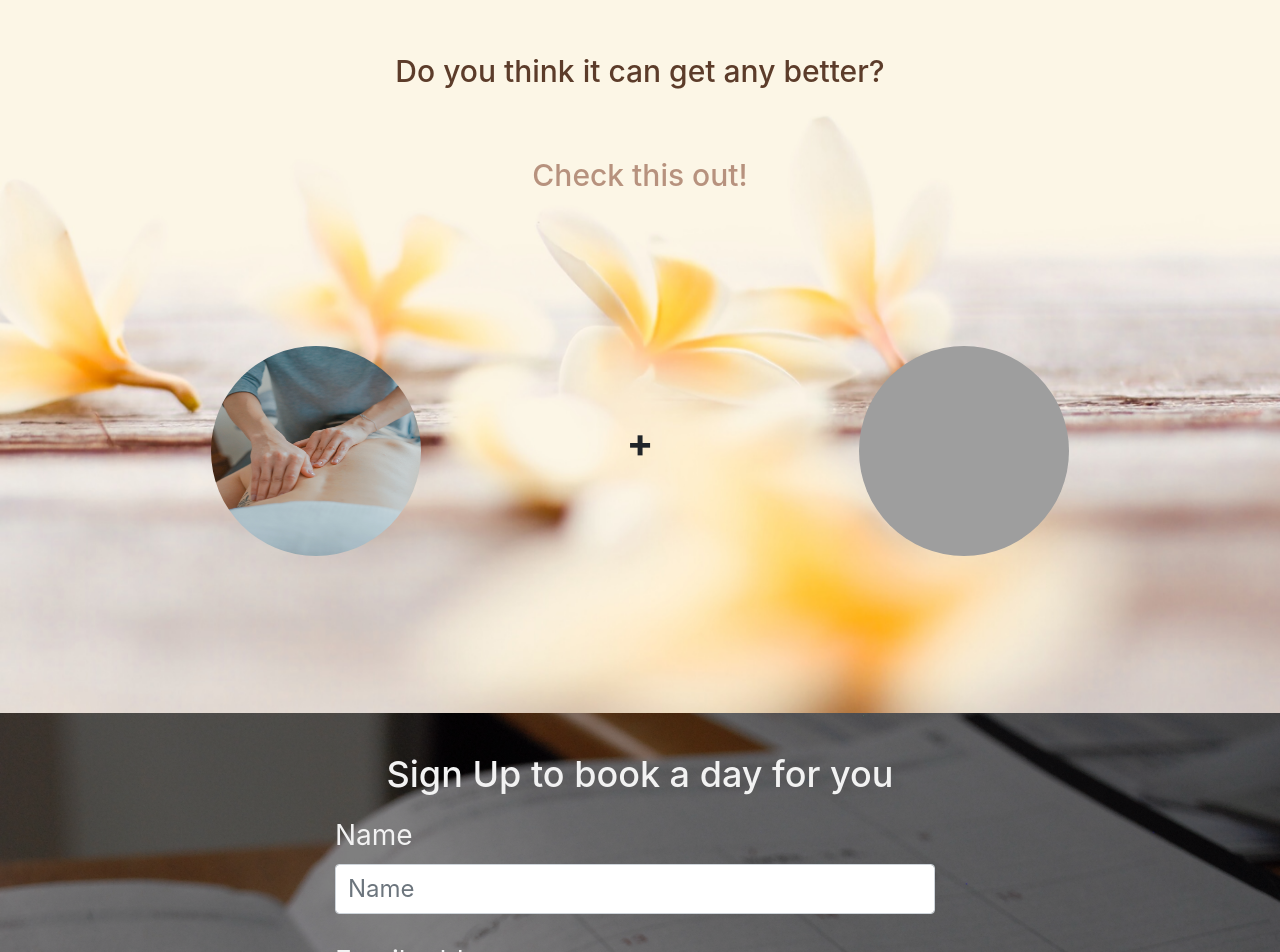
Repository: Code-Institute-Submissions/spa-website
Page: index.html
The author's editor kept a record of every edit. The page is drawn from the files as they stood at one moment, then again after the next edit.
The browser window is 1280 px wide. The pictures show the part of the page from y = 3158 to 4110 px (the page is 4728 px tall).
Pictures or frames that could not be fetched are drawn as grey boxes. Backgrounds fixed to the window are drawn as part of the page. Some web libraries are served in a nearby version.

Above is the page before.

### index.html
<!DOCTYPE html>
<html lang="en">

<head>
  <meta charset="UTF-8">
  <meta name="viewport" content="width=device-width, initial-scale=1.0">
  <meta http-equiv="X-UA-Compatible" content="ie=edge">
  <link rel="stylesheet" href="https://use.fontawesome.com/releases/v5.1.1/css/all.css" integrity="sha384-O8whS3fhG2OnA5Kas0Y9l3cfpmYjapjI0E4theH4iuMD+pLhbf6JI0jIMfYcK3yZ" crossorigin="anonymous">
  <link href="https://fonts.googleapis.com/css?family=Nobile" rel="stylesheet">
  <link rel="stylesheet" href="assets/css/style.css" type="text/css" />
  <link rel="stylesheet" href="https://stackpath.bootstrapcdn.com/bootstrap/4.3.1/css/bootstrap.min.css" integrity="sha384-ggOyR0iXCbMQv3Xipma34MD+dH/1fQ784/j6cY/iJTQUOhcWr7x9JvoRxT2MZw1T" crossorigin="anonymous">
  <title>Spa Website</title>
</head>

<body>


  <!--------------------------Navigation Section---------------------------->

  <nav class="navbar navbar-expand-lg navbar-light fixed-top">
    <div class="container">
      <div>
        <ul class="navbar-nav ml-auto toptitle">
          <li class="nav-item">
            <a class="navbar-brand" href="#home">Unwind</a>
          </li>
        </ul>
      </div>
      <button class="navbar-toggler" type="button" data-toggle="collapse" data-target="#navbarcontent" aria-controls="navbarcontent" aria-expanded="false" aria-label="Toggle navigation">
            <span class="navbar-toggler-icon"></span>
        </button>

      <div class="collapse navbar-collapse" id="navbarcontent">
        <ul class="navbar-nav ml-auto">
          <li class="nav-item active">
            <a class="nav-link" href="#">Home
                        <span class="sr-only">(current)</span>
                    </a>
          </li>
          <li class="nav-item">
            <a class="nav-link" href="#about">About</a>
          </li>
          <li class="nav-item">
            <a class="nav-link" href="#massage">Massage</a>
          </li>
          <li class="nav-item">
            <a class="nav-link" href="#bathing">Bathing</a>
          </li>
          <li class="nav-item">
            <a class="nav-link" href="#offer">Offer</a>
          </li>
        </ul>
      </div>
    </div>
  </nav>

  <!-------------------------------Landing Page------------------------------>

  <div class="home-area" id="home">
    <div class="container-fluid">
      <div class="row">
        <div class="col-md-12">
          <div class="home-text">
            <h1 id="titlepg">Take time for yourself</h1>
          </div>
          <div class="button">
            <button type="button" class="btn-btn-primary btn-lg" id="buttonpg">Book Now</button>
          </div>
        </div>
      </div>
    </div>
  </div>


  <!--------------------------------About us--------------------------------->

  <section id="about-us" class="about-us">
    <div id="container-fluid">
      <div class="row no-gutters">
        <div class="col-12 col-md-6 d-flex align-items-center order-1 order-md-0">
          <div class="abouttxt">
            <h2 class="important">About us</h2>
            <div class="description">
              <p>Our Amazing Spa is on the Market for 13 years, located in the heart of Dublin City Center for easy access.</p>
              <p>We're always updating ourselves to provide the best treatments available for you to have your deserved time to relax!</p>
              <div class="details">
                <p>Opening Times</p>
                <p>Mon-Sat 9am-7pm</p>
                <p>Location</p>
                <p>98,Claredon Street,Dublin 2</p>
              </div>
            </div>
          </div>
        </div>
        <div class="col-12 col-md-6 order-0 order-md-1" id="about">
        </div>
      </div>
    </div>

  </section>




  <!------------------------------------Massage-------------------------------->

  <section id="massage" class="massage">
    <div class="container-fluid">
      <div class="row">
        <div class="col-12 col-md-6 order-0 order-md-2" id="cover">
        </div>
        <div class="col-12 col-md-6 d-flex align-items-center order-3">
          <div id="masstop">
            <h2 class="titlemass">Massage</h2>
            <div id="secondline">
              <p>Choose what suits you by type and intensity</p>
            </div>
            <div class="containerlist">
              <div class="row">
                <div class="col-12 col-md-6">
                  Trigger point
                </div>
                <div class="col-12 col-md-6" id="bar">
                  <div class="progress">
                    <div class="progress-bar-low" role="progressbar" style="width: 25%" aria-valuenow="10" aria-valuemin="0" aria-valuemax="100">low</div>
                  </div>
                </div>
              </div>

              <div class="row">
                <div class="col-12 col-md-6">
                  Swedish
                </div>
                <div class="col-12 col-md-6" id="bar1">
                  <div class="progress">
                    <div class="progress-bar-medium" role="progressbar" style="width: 50%" aria-valuenow="10" aria-valuemin="0" aria-valuemax="100">medium</div>
                  </div>
                </div>
              </div>


              <div class="row">
                <div class="col-12 col-md-6">
                  Deep Tissue
                </div>
                <div class="col-12 col-md-6" id="bar2">
                  <div class="progress">
                    <div class="progress-bar-high" role="progressbar" style="width: 100%" aria-valuenow="10" aria-valuemin="0" aria-valuemax="100">high</div>
                  </div>
                </div>
              </div>

              <div class="row">
                <div class="col-12 col-md-6">
                  Hot Stone
                </div>
                <div class="col-12 col-md-6" id="bar3">
                  <div class="progress">
                    <div class="progress-bar-high" role="progressbar" style="width: 100%" aria-valuenow="10" aria-valuemin="0" aria-valuemax="100">high</div>
                  </div>
                </div>
                <div class="circles">
                  <div class="row">
                    <div class="col-12">
                      <span><i class="fas fa-square" id="low-square"></i> 45 minutes - €45,00</span><br>
                      <span><i class="fas fa-square" id="medium-square"></i> 60 minutes - €55,00</span><br>
                      <span><i class="fas fa-square" id="high-square"></i> 30 minutes - €65,00</span>
                    </div>
                  </div>
                </div>
              </div>
            </div>
          </div>
        </div>
      </div>
    </div>
  </section>



  <!------------------------------------Bathing------------------------------>

  <section id="bathing" class="bathing">
    <div id="hero-bath">
      <div id="hero-overlay-bath">
        <div class="container-fluid" id="text-bath-content">
          <div class="row" id="rowbath">
            <div class="col-12">
              <div id="bath-title">
                <h2 class="titlebath">Deluxe Bathing Room</h2>
              </div>
              <div id="textbath">
                <span><i class="fa fa-user-alt"></i>1 hour bath for one person- €45,00</span>
                </br>
                <span><i class="fa fa-user-friends"></i> 1 hour bath for a couple- €60,00</span>
              </div>
              <p class="bottom"> Need extra time? 50% off on the next hour</p>
            </div>
          </div>
        </div>
      </div>
    </div>
    </div>
  </section>




  <!------------------------------------Offer-------------------------------->
  <section id="offer" class="offer">
    <div id="hero-offer">
      <div class="container" id="wrapoffer">
        <h2 id="top">Do you think it can get any better?</h2>
        <h3 id="secondtop">Check this out!</h3>
        <div class="row" id="roundpics">

          <div class="col-sm-5">
            <img src="images/massagepic.jpg" class="rounded-circle" alt="massage">
          </div>
          <div class="col-sm-2">
            <p id="signplus">+</p>
          </div>
          <div class="col-sm-5">
            <img src="./images/bath.jpg" class="rounded-circle" alt="bath">
          </div>
          <p class="offermsg">Buy any massage plus 1 hour bath and get 25% off the total price !</p>
        </div>
      </div>
    </div>
  </section>

  <!------------------------------------Form--------------------------------->
  <section id="form" class="form">
    <div id="hero-cal">
      <div id="hero-overlay-cal">
        <div class="container-fluid" id="wrapform">
          <div class="row" id="formrow">
            <div class="col-md-12">
              <h2 class="formt">Sign Up to book a day for you</h2>
              <form>
                <div class="form-group ">
                  <label for="name">Name</label>
                  <input type="email" class="form-control" id="name" placeholder="Name" required>
                </div>
                <div class="form-group">
                  <label for="emailaddress">Email address</label>
                  <input type="email" class="form-control" id="emailaddress" placeholder="name@example.com" required>
                </div>
                <div class="form-group">
                  <label for="pwd">Password</label>
                  <input type="password" class="form-control" id="pwd">
                </div>
                <button type="submit" class="btn btn-primary btn-lg" id="buttonform">Sign Up</button>
              </form>
            </div>
          </div>
        </div>
      </div>
    </div>
  </section>

  <!-----------------Footer------------------->
  <div class="footer-main-div">
    <div class="container-fluid">
      <div class="row">
        <div class="col-6" id="address">
          <p class="font-color-main">
            Unwind Spa Ltd<br> 98, Claredon Street, D2<br> 065 423 9874</p>
        </div>
        <div class="col-6" id="sicons">
          <p class="font-color-main" id="contact">
            Contact us
          </p>
          <div class="footer-social-icons">
            <ul>
              <li><a href="https://www.facebook.com"><i class="fab fa-facebook"></i></a></li>
              <li><a href="https://twitter.com"><i class="fab fa-twitter"></i></a></li>
              <li><a href="mailto:unwindnow@gmail.com"><i class="far fa-envelope"></i></a></li>
            </ul>
          </div>
        </div>
      </div>
    </div>
  </div>
  <!---------------------------------------end---------------------------->
  <script src="https://code.jquery.com/jquery-3.4.1.js"></script>
  <script src="https://cdnjs.cloudflare.com/ajax/libs/popper.js/1.15.0/umd/popper.min.js"></script>
  <script src="https://stackpath.bootstrapcdn.com/bootstrap/4.3.1/js/bootstrap.min.js"></script>
</body>

</html>

### assets/css/style.css
@import url('https://fonts.googleapis.com/css?family=Montserrat:400,700');

body {
  overflow-x: hidden;
  margin: 0 auto;
  height: 100%;
  width: 100%;
  position: relative;
}

/*-----Navigation bar----*/

nav {
  color: #f1f1f1;
  background-color: #C6A898;
}

.navbar-brand {
  height: 2rem;
  color: #f2f2f2;
  font-family: segoe print;
  font-size: 32px;
  padding-bottom: 30px;
}

.toptitle {
  list-style: none;
}




/*------Landing Page----*/

.home-area {
  background: url('../../images/landing.jpg');
  background-position: center center;
  -webkit-background-size: cover;
  background-size: cover;
  height: 100vh;
  overflow-x: hidden;
}

.home-text {
  margin: 0 auto;
  text-align: center;
  height: auto;
}

#titlepg {
  font-size: 84px;
  padding: 30px;
  color: #C6A898;
  text-shadow: 2px 1px 2px black;
  height: auto;
}

#buttonpg {
  background-color: #f2f2f2;
  color: #5C3C2A;
  border-color: #f2f2f2;
  font-weight: bold;
  display: block;
  margin: 0 auto;
  margin-top: 10%;
}

@media (max-width:320px) {
  #titlepg {
    margin-top: 20%;
    font-size: 68px;

  }

  #buttonpg {
    margin-top: 5%;
    margin-bottom: 10%;
  }
}

@media (min-width:340px) and (max-width:360px) {
  #titlepg {
    margin-top: 30%;
    font-size: 72px;

  }

  #buttonpg {
    margin-top: 15%;
    margin-bottom: 10%;
  }
}

@media (min-width: 370px) and (max-width: 380px) {
  #titlepg {
    margin-top: 30%;
    font-size: 72px;
    height: auto;

  }

  #buttonpg {
    margin-top: 15%;
    margin-bottom: 10%;
    height: auto;
  }
}

@media (min-width: 400px) and (max-width: 413px) {
  #titlepg {
    margin-top: 40%;
  }

  #buttonpg {
    margin-top: 20%;
    margin-bottom: 20%;
  }
}

@media (min-width: 414px) and (max-width:590px) {
  #titlepg {
    margin-top: 30%;
  }

  #buttonpg {
    margin-top: 30%;
    margin-bottom: 10%;
  }
}

@media (min-width: 600px) {
  #buttonpg {
    margin-top: 20%;
    font-size: 36px;
    padding: 14px 40px;
  }

  #titlepg {
    margin-top: 40%;
  }
}



@media (min-width: 1100px) {
  #titlepg {
    margin-top: 130px;
  }

  #buttonpg {
    margin-top: 150px;
  }
}






/*--------------About Us----------*/

#about {
  background-attachment: fixed;
  background-image: url(' ../../images/aboutus.jpg');
  background-size: cover;
  background-repeat: no-repeat;
  position: relative;
  padding: 30px;
}

.about-us {
  background-color: #C6A898;
  margin: 0px;
}

.abouttxt {
  margin: 30px;

}

.important {
  padding: 40px 30px 40px;
  text-align: center;
  color: #5C3C2A;
  font-size: 54px;
  line-height: 44px;
}

.description p {
  padding: 0px 30px 20px;
  text-align: left;
  font-size: 24px;
  color: #5C3C2A;
  line-height: 40px;

}

.details {

  bottom: 0;
  padding-top: 10%;
  font-size: 1rem;

}

.details p {
  text-align: left;
  color: #5C3C2A;

}

@media (min-width: 700px) and (max-width: 1000px) {
  .description p {
    line-height: 30px;

  }
}

@media (min-width: 100px) and (max-width:770px) {
  #about {
    height: 100vh;
  }
}


/*------------------Massage---------------*/

#cover {
  background-attachment: fixed;
  background-image: url('../../images/massagepic.jpg');
  background-size: cover;
  background-repeat: no-repeat;
  position: relative;
  padding: 30px;
  margin: 0px;
  width: 100%;
}



#massage {
  background-color: #BCBABA;
  color: #f2f2f2;
  margin: 0px;
}

#masstop {
  margin: 30px;
}

.titlemass {
  font-size: 54px;
  color: #f2f2f2;
  text-align: center;
  padding: 40px 30px 40px;

}

#secondline {
  font-size: 24px;
  color: #f2f2f2;
  text-align: center;
}

.containerlist {
  width: 100%;
  height: 100%;
  font-size: 24px;
  line-height: 70px;
  padding: 30px;
}

#bar,
#bar1,
#bar2,
#bar3 {
  margin-top: 30px;
}

.progress-bar-low {
  background-color: #EFAE9E;
  color: #f2f2f2;
}

.progress-bar-medium {
  background-color: #F18C76;
}

.progress-bar-high {
  background-color: #FE6640;
}

.circles {
  padding-top: 30px;
}

#low-square {
  color: #EFAE9E;
}

#medium-square {
  color: #F18C76;
}

#high-square {
  color: #FE6640;
}

tbody {
  font-weight: normal;
  font-size: 36px;
  color: #f2f2f2;
}

thead {
  font-size: 36px;
  color: #f2f2f2;
}



@media (max-width: 320px) {
  .containerlist {
    font-size: 18px;
    padding-right: 60px;
  }

  #secondline {
    padding-right: 35px;
  }

  .circles {
    padding-left: 15px;
  }

}

@media (max-width: 600px) {
  #cover {
    height: 100vh;
  }

}

@media (min-width: 700px) and (max-width:1000px) {
  .containerlist {
    padding: 10px;
  }
}



/*------------Bathing---------*/

bathing {
  margin: 0px;
  padding: 0px;

}

#hero-bath {
  background-image: url('../../images/bath.jpg');
  background-size: cover;
  background-position: center center;
  position: relative;
  top: 0;
  bottom: 0;
  height: 100vh;
  z-index: -10;
}

#hero-overlay-bath {
  position: absolute;
  background-color: rgba(0, 0, 0, 0.5);
  top: 0px;
  bottom: 0px;
  height: 100%;
  width: 100%;
  z-index: -5;
}

#rowbath {
  height: 100%;
}

#text-bath-content {
  margin: 0px;
  position: relative;
  height: 100%;
  width: 100%;

}

#bath-title {
  color: #f1f1f1;
  text-align: center;
  padding-top: 55px;
  font-size: 68px;

}

#textbath {
  color: #f1f1f1;
  padding-top: 55px;
  padding-left: 10px;
}

.bottom {
  color: #f1f1f1;
  text-align: center;
  margin-top: 250px;

}

@media (min-width:374px) and (max-width:767px) {
  #textbath {
    padding-top: 120px;
    font-size: 18px;
  }

  .bottom {
    margin-top: 350px;
    font-size: 18px;
  }
}

@media (min-width:768px) and (max-width:1023px) {

  .titlebath {
    font-size: 46px;
    padding-top: 50px;
  }

  #textbath {
    padding-top: 200px;
    font-size: 36px;
    padding-left: 20px;
  }

  .bottom {
    font-size: 36px;
    margin-top: 400px;
  }
}

@media (min-width:1023px) and (max-width:1026px) {
  .titlebath {
    font-size: 50px;
    padding-top: 50px;
  }

  #textbath {
    font-size: 36px;
    padding-left: 40px;
    padding-top: 250px;

  }

  .bottom {
    font-size: 36px;
    padding-top: 450px;

  }
}

@media (min-width:1100px) {
  .titlebath {
    font-size: 50px;

  }

  #textbath {
    font-size: 24px;
    padding-left: 40px;


  }

  .bottom {
    font-size: 24px;

  }
}


/*-----------Offer----------*/

#hero-offer {
  background-image: url('../../images/backgroundflwr.jpg');
  background-size: cover;
  background-position: center center;
  position: relative;
  top: 0;
  bottom: 0;
  height: 100vh;
  z-index: -10;
}

.container {

  align-items: center;
  width: 100%;


}

.title {
  margin-top: auto;
}

#top {
  font-size: 30px;
  color: #5C3C2A;
  text-align: center;
  padding-top: 5px;
}

#secondtop {
  font-size: 30px;
  color: #B7927E;
  text-align: center;
}

.offermsg {
  font-size: 18px;
  color: #5C3C2A;
  text-align: center;
  font-weight: bold;


}

#signplus {
  text-align: center;
  font-weight: bold;
  font-size: 40px;

}

#roundpics {
  width: 100%;
  height: 100%;
  margin: 0 auto;
  overflow: hidden;
  align-items: center;
  justify-content: space-around;
  display: flex;
  float: none;
}

.rounded-circle {
  width: 200px;
  height: 200px;
  display: block;
  margin: 0 auto;

}




@media (max-width: 321px) {

  #top,
  #secondtop {
    font-size: 24px;
   }

   #top {
     padding-top: 40px;
   }

  #signplus {
    padding: 0px;
  }

  .rounded-circle {
    width: 120px;
    height: 120px;

  }

  .offermsg {
    font-size: 14px;
    padding-top: 10px;

  }
}

@media (min-width:330px)  {

#wrapoffer {
  height: 100%;
}
 #top {
   padding-top: px;
 }

 #roundpics{
   padding-top: px;
 }
  .rounded-circle {
    width: 140px;
    height: 140px;
  }

  .offermsg{
    padding-top: px;
  }
}



@media (min-width: 700px) and (max-width: 1000px) {
  #top,
  #secondtop {
    font-size: 36px;
    padding-top: 80px;
  }

  .rounded-circle {
    width: 260px;
    height: 260px;
    display: block;
    margin: 0 auto;


  }

  #roundpics {
    margin: 0 auto;
    padding-top: 150px;
  }

  .offermsg {
    font-size: 36px;
    margin: 0 auto;
    padding-top: 120px;

  }

}

@media (min-width:1023px) and (max-width:1025px) {
  #top,
  #secondtop {
    font-size: 50px;
    padding-top: 100px;

  }

  .rounded-circle {
    width: 320px;
    height: 320px;
    display: block;
    margin: 0 auto;

  }

  #roundpics {
    margin: 0 auto;
    padding-top: 200px;

  }


  .offermsg {
    font-size: 36px;
    margin: 0 auto;
    padding-top: 240px;

  }
}

@media (min-width:1100px) {
  #top,
  #secondtop {
    font-size: 30px;
    padding-top: 60px;

  }

  .rounded-circle {
    width: 210px;
    height: 210px;
    display: block;
    margin: 0 auto;

  }

  #roundpics {
    margin: 0 auto;
    padding-top: 50px;

  }

  .offermsg {
    font-size: 20px;
    margin: 0 auto;
    padding-top: 50px;

  }

}


/*----------Form----------*/

#hero-cal {
  background-attachment: fixed;
  background-image: url('../../images/calendar.jpg');
  background-size: cover;
  background-position: center center;
  position: relative;
  top: 0;
  bottom: 0;
  height: 100vh;
  z-index: 5;
  overflow: auto;
  width: 100%;

}

#hero-overlay-cal {
  position: absolute;
  background-color: rgba(0, 0, 0, 0.5);
  top: 0;
  bottom: 0;
  right: 0;
  left: 0;
  height: 100%;
  width: 100%;
  overflow: auto;
  z-index: 10;
}

.formt {
  color: #f2f2f2;
  font-size: 36px;
  text-align: center;
  padding-top: 20px;
}

.form-group {
  color: #f2f2f2;
  font-size: 30px;
  margin-top: 15px;
}

#buttonform {
  background-color: #f2f2f2;
  color: #5C3C2A;
  border-color: #f2f2f2;
  font-weight: bold;
  display: block;
  margin: 0 auto;
  margin-top: 40px;
  margin-bottom: 40px;
}

@media (min-width:321px) {
  .formt {
    padding-top: 45px;
  }

  #name,
  #emailaddress,
  #pwd {
    width: 330px;
    font-size: 15px;

  }

  .form-group {
    padding-top: 25px;
    margin: 0 auto;
    font-size: 20px;
  }

  #buttonform {
    font-size: 24px;
    margin-top: 50px;
  }
}

@media (min-width:700px) and (max-width:1000px) {
  .formt {
    padding-top: 120px;
  }

  #name,
  #emailaddress,
  #pwd {
    width: 600px;
    font-size: 24px;
  }

  .form-group {
    margin-left: 65px;
    padding-top: 60px;
  }

  #buttonform {
    font-size: 24px;
  }
}

@media (min-width:1001px) and (max-width:1099px) {
  .formt {
    padding-top: 120px;
    font-size: 54px;
  }

  #name,
  #emailaddress,
  #pwd {
    width: 600px;
    font-size: 36px;
  }

  .form-group {
    margin-left: 180px;
    padding-top: 80px;
    font-size: 36px;
  }

  #buttonform {
    font-size: 36px;
    margin-top: 150px;
  }
}

@media (min-width: 1100px) {
  .formt {
    padding-top: 40px;
    font-size: 36px;
  }

  #name,
  #emailaddress,
  #pwd {
    width: 600px;
    font-size: 24px;
  }

  .form-group {
    margin-left: 320px;
    padding-top: 10px;
    font-size: 28px;
  }

  #buttonform {
    font-size: 24px;
    padding-top: 10px;
  }
}



/*--------Footer------*/

.footer-main-div {
  position: relative;
  left: 0;
  bottom: 0;
  width: 100%;
  background: #C6A898;
  padding: 20px 0px;
}

#address {
  color: #f2f2f2;
  font-size: 18px;
  padding-left: 30px;
}

#sicons {
  color: #f2f2f2;
  font-size: 18px;
  width: 100%;
  text-align: center;
  padding-bottom: 10px;
}

.footer-social-icons {
  width: 100%;

}

.footer-social-icons ul {
  margin: 0px;
  padding: 0px;
}

.footer-social-icons ul li {
  display: inline-block;
  width: 20px;
  height: 20px;
  margin: 0px 10px;
  border-radius: 100%;
  background: #C6A898;
}

.footer-social-icons ul li a {
  color: #f2f2f2;
  font-size: 25px;
}

.footer-social-icons ul li a i {
  line-height: 30px;
}

@media (min-width:760px) {
  #address {
    padding-left: 100px;
  }
}

@media (min-width:1024px) {
  #sicons {
    padding-right: 1px;
  }
}

After the next edit:
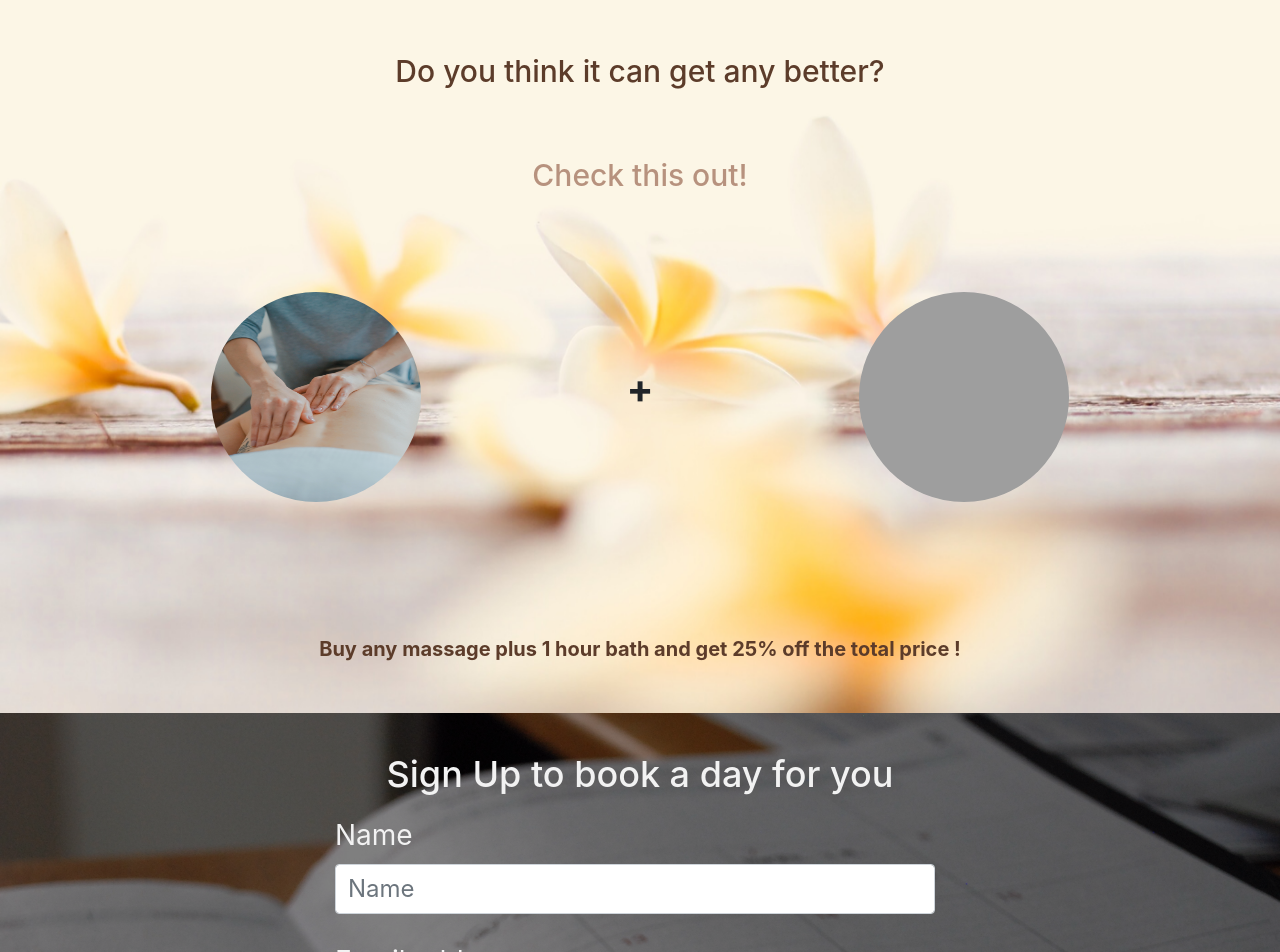
The edit:
--- a/assets/css/style.css
+++ b/assets/css/style.css
@@ -590,7 +590,7 @@
 @media (min-width:330px)  {
 
 #wrapoffer {
-  height: 100%;
+  height: 70%;
 }
  #top {
    padding-top: px;
